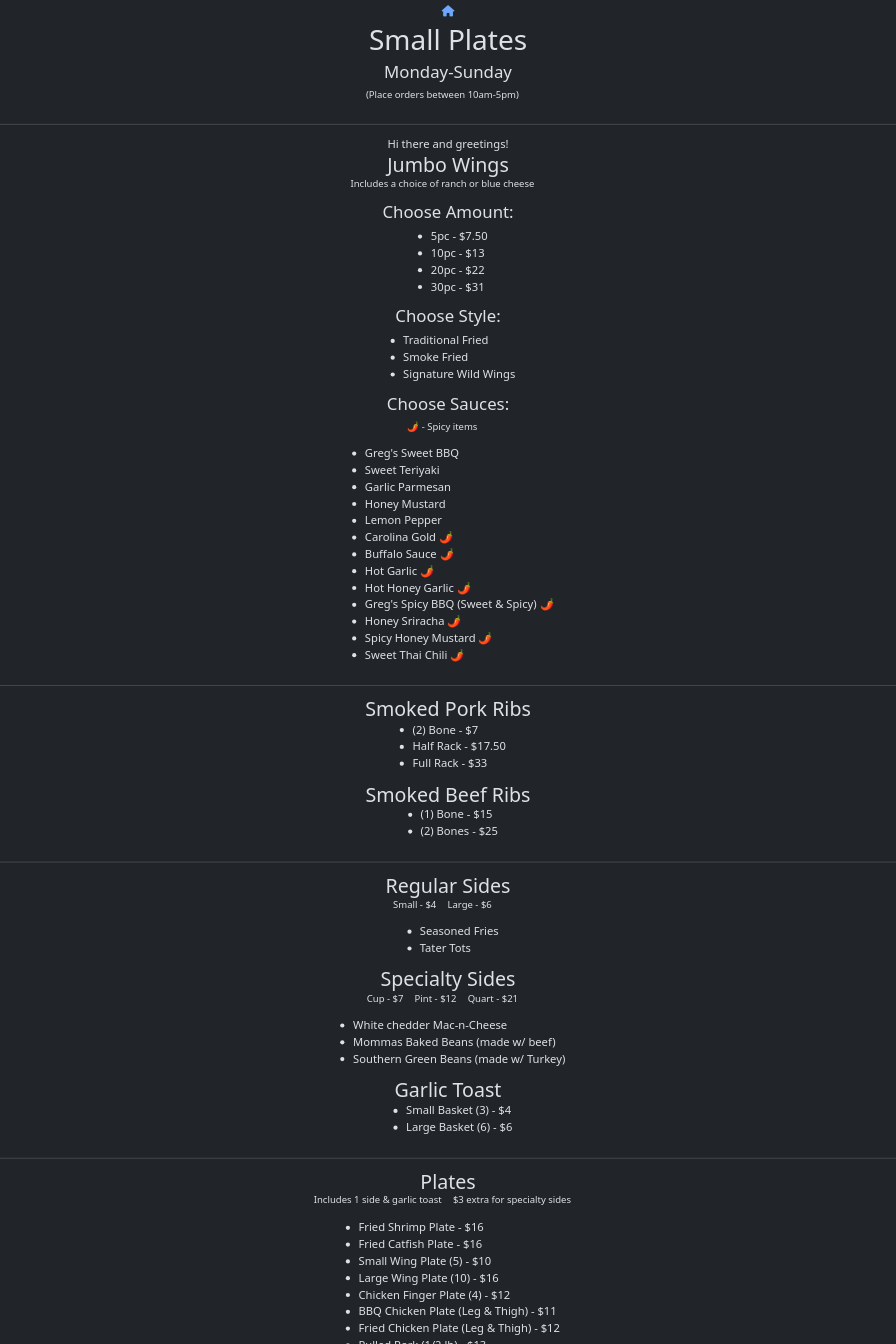
Repository: dukedward/smokehousemenu
Page: plates/index.html
An editor plug-in stored every save of this project. The page is shown before and after the next save, followed by the edit.
The browser window is 1280 px wide. The pictures show the part of the page from y = 0 to 1920 px (the page is 2596 px tall before and 2642 px after), at 70% of full size.
Some web libraries are served in a nearby version.

Above is the page before, as saved 2023-03-06 11:53:08.

After the next save:
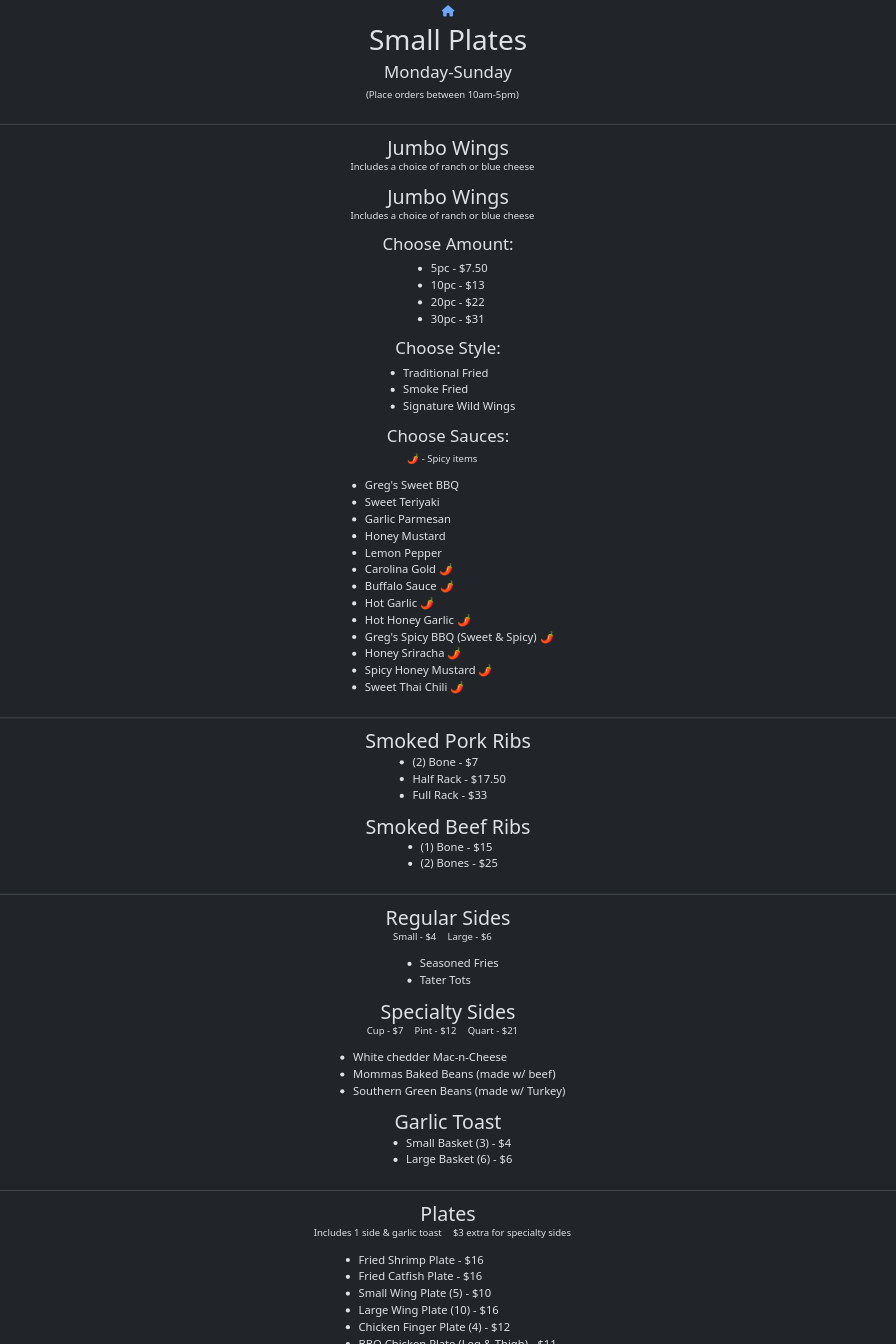
Saved 6 min 31 s later.
--- a/script.js
+++ b/script.js
@@ -48,10 +48,18 @@ function addElement() {
   newDiv.className = 'sect'
 
   // and give it some content
-  const newContent = document.createTextNode("Hi there and greetings!");
+  const newTitle = document.createElement("h3");
+  newTitle.innerHTML = categories[0].name
+
+  const newDesc = document.createElement("div");
+  newDesc.className = 'desc'
+  const newText = document.createElement('p')
+  newText.innerHTML = categories[0].description[0].text
+  newDesc.appendChild(newText)
 
   // add the text node to the newly created div
-  newDiv.appendChild(newContent);
+  newDiv.appendChild(newTitle);
+  newDiv.appendChild(newDesc);
 
   // add the newly created element and its content into the DOM
   const currentDiv = document.querySelector(".sections");
